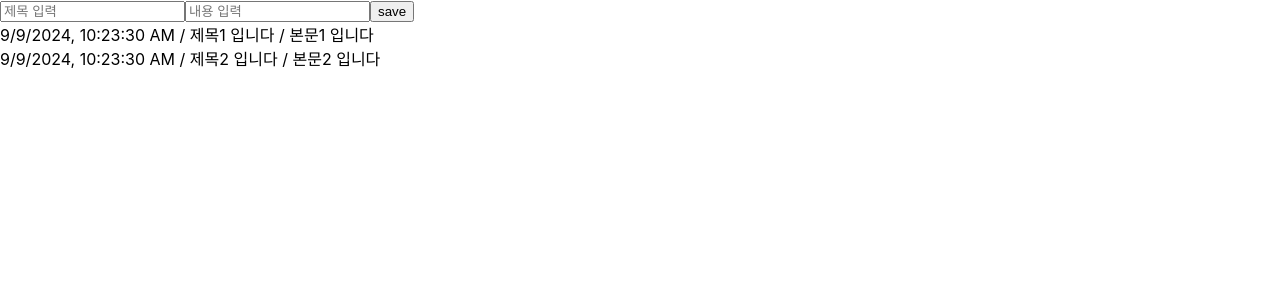
Repository: codest00001/cra-app_reactstudy
Page: /
The author's editor kept a copy of each file at every save. The page is drawn from the files as they stood at one save, then again after the next save.
The browser window is 1280 px wide. The pictures show the whole page.
The project was rebuilt for these pictures with package versions that can differ from the ones it lists, and the page was loaded fresh each time.

Above is the page before, as saved 2024-09-10 12:18:18.

### src/index.js
import React from 'react'; //노드모듈안에 리액트가 있나보다하고 가져옴. 앞에 / 이런식의 경로 없으면 npm에서 설치된거구나하고생각.
import ReactDOM from 'react-dom/client';
import './index.css';
import App from './App';
//App.js에서 .js는 생략가능. 이렇게 불러와야 쓸 수 있음.
//아래에서 <APP />으로 사용
//app.js에서는 export해줘야함. 여기서는 임포트. 불러올 대상은 export마지막에 할 것.
import reportWebVitals from './reportWebVitals';

//index.html의 root를 가져옴.
//app.js로 가서 실행

const root = ReactDOM.createRoot(document.getElementById('root'));
root.render(
  //app.js로 가서 실행
  <React.StrictMode>
    <App />
  </React.StrictMode>
);

// If you want to start measuring performance in your app, pass a function
// to log results (for example: reportWebVitals(console.log))
// or send to an analytics endpoint. Learn more: https://bit.ly/CRA-vitals
reportWebVitals();

### src/App.js
import React, { useState } from 'react';

function App() {
  const [list, setList] = useState([

    //데이터베이스 데이터를 만들어보기
    {
      createdAt : new Date(),
      title : '제목1 입니다',
      content : '본문1 입니다'
    },
    {
      createdAt : new Date(),
      title : '제목2 입니다',
      content : '본문2 입니다'
    }
  ]);

  const [title, setTitle] = useState('');
  const [content, setContent] = useState('');

  const handleButtonClick = () => {
    // 타이틀과 콘텐트를 가지고 {}를 똑같이 만들어서 list 뒤에다 추가하기
    const obj = {
      createdAt: new Date(),
      title: title,
      content: content
    };

    setList((prev) => {
      return [obj, ...prev];
    });

    setTitle(''); // 입력 필드 초기화
    setContent(''); // 입력 필드 초기화
  };

  return (
    <div>
      <input value={title} onChange={(e) => setTitle(e.target.value)} type="text" placeholder="제목 입력" />
      <input value={content} onChange={(e) => setContent(e.target.value)} type="text" placeholder="내용 입력" />
      <button onClick={handleButtonClick}>save</button>

      {
        list.map((item, index) => {
          return (
            <div >
              {item.createdAt.toLocaleString()} / {item.title} / {item.content}
            </div>
          );
        })
      }
    </div>
  );
}

export default App;

Loaded but not shown: public/index.html (common file); src/index.css (common file); src/reportWebVitals.js (common file)

After the next save:
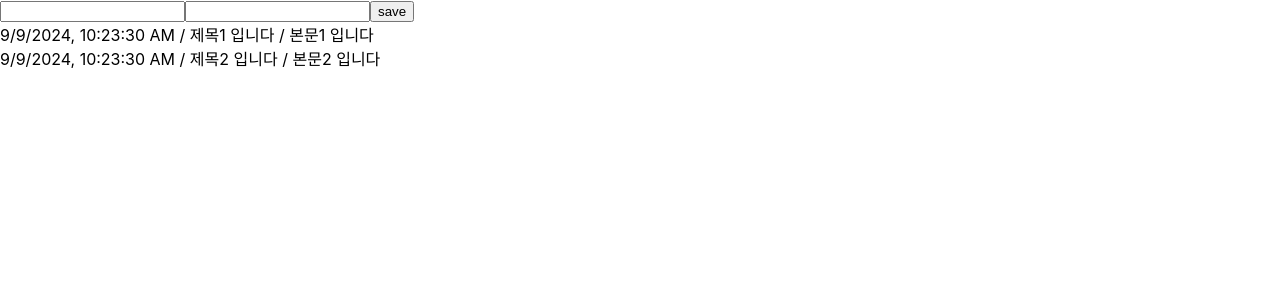
Saved 11 min 54 s later.
--- a/src/App.js
+++ b/src/App.js
@@ -37,8 +37,8 @@ function App() {
 
   return (
     <div>
-      <input value={title} onChange={(e) => setTitle(e.target.value)} type="text" placeholder="제목 입력" />
-      <input value={content} onChange={(e) => setContent(e.target.value)} type="text" placeholder="내용 입력" />
+      <input value={title} onChange={(e) => setTitle(e.target.value)} type="text"  />
+      <input value={content} onChange={(e) => setContent(e.target.value)} type="text"  />
       <button onClick={handleButtonClick}>save</button>
 
       {
